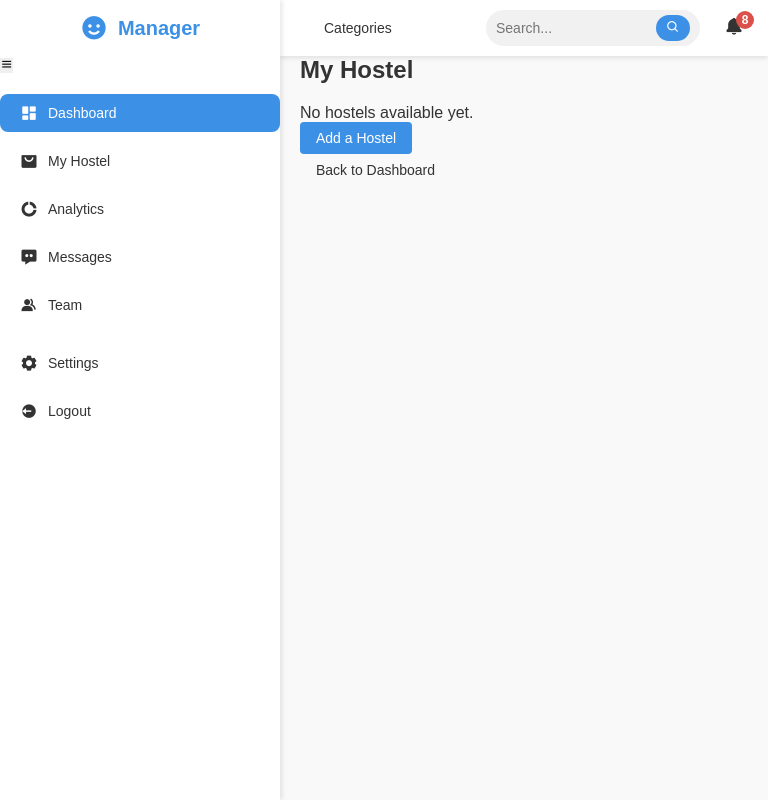
Repository: peter417waweru/hostelkona
Page: http://localhost/dashboard/my-hostels/
An editor plug-in stored every save of this project. The page is shown before and after the next save, followed by the edit.
The browser window is 768 px wide. The pictures show the whole page.
The page is served by the project's application, run on Django 5.2 (hostelkona/manage.py). A made-up administrator, testuser (Test User, test@example.com), is signed in. Other server files are loaded and not shown. Queries for data that is not in the repository find no rows.

Above is the page before, as saved 2025-01-28 15:49:36.

### hostelkona/kona/templates/dashboard/my_hostels.html
{% extends 'dashboard/dashbase.html' %}
{% block content %}
{% load static %}
<link rel="stylesheet" href="{% static 'styles/pages/hostels.css' %}">

<main class="bg-light">
    <div class="container py-5">
        <h2 class="text-center mb-4 text-dark">My Hostel</h2>

        <!-- Display Hostels -->
        {% if hostels.exists %}
            <div class="table-responsive">
                <table class="table table-striped table-bordered table-hover">
                    <thead class="table-dark">
                        <tr>
                            <th>Name</th>
                            <th>Address</th>
                            <th>Contact</th>
                            <th>Actions</th>
                        </tr>
                    </thead>
                    <tbody>
                        {% for hostel in hostels %}
                        <tr>
                            <td>{{ hostel.name }}</td>
                            <td>{{ hostel.address }}</td>
                            <td>{{ hostel.contact_no }}</td>
                            <td>
                                <div class="d-flex gap-2">
                                    <a href="{% url 'update_hostel' hostel.id %}" class="btn btn-sm btn-secondary">Edit</a>
                                    <form method="post" action="{% url 'delete_hostel' hostel.id %}" style="display:inline;">
                                        {% csrf_token %}
                                        <button type="submit" class="btn btn-sm btn-danger">Delete</button>
                                    </form>
                                    <a href="{% url 'add_room' hostel.id %}" class="btn btn-sm btn-primary">Add Room</a>
                                </div>
                            </td>
                        </tr>

                        <!-- Display Rooms -->
                        {% if hostel.rooms.exists %}
                            <tr>
                                <td colspan="4">
                                    <h6 class="fw-bold text-primary">Rooms in {{ hostel.name }}</h6>
                                    <table class="table table-sm table-bordered mb-3">
                                        <thead>
                                            <tr>
                                                <th>Room Number</th>
                                                <th>Type</th>
                                                <th>Price</th>
                                                <th>Availability</th>
                                                <th>Actions</th>
                                            </tr>
                                        </thead>
                                        <tbody>
                                            {% for room in hostel.rooms.all %}
                                            <tr>
                                                <td>{{ room.room_number }}</td>
                                                <td>{{ room.room_type }}</td>
                                                <td>${{ room.price }}</td>
                                                <td>
                                                    {% if room.is_available %}
                                                        <span class="badge bg-success">Available</span>
                                                    {% else %}
                                                        <span class="badge bg-danger">Occupied</span>
                                                    {% endif %}
                                                </td>
                                                <td>
                                                    <div class="d-flex gap-2">
                                                        <a href="{% url 'update_room' room.id %}" class="btn btn-sm btn-secondary">Edit</a>
                                                        <form method="post" action="{% url 'delete_room' room.id %}" style="display:inline;">
                                                            {% csrf_token %}
                                                            <button type="submit" class="btn btn-sm btn-danger">Delete</button>
                                                        </form>
                                                    </div>
                                                </td>
                                            </tr>
                                            {% endfor %}
                                        </tbody>
                                    </table>
                                </td>
                            </tr>
                        {% else %}
                            <tr>
                                <td colspan="4">
                                    <p class="text-muted text-center">No rooms available for this hostel.</p>
                                </td>
                            </tr>
                        {% endif %}
                        {% endfor %}
                    </tbody>
                </table>
            </div>
        {% else %}
            <div class="text-center">
                <p class="text-muted">No hostels available yet.</p>
                <a href="{% url 'add_hostel' %}" class="btn btn-primary">Add a Hostel</a>
            </div>
        {% endif %}

        <div class="text-center mt-4">
            <a href="{% url 'dashboard' %}" class="btn btn-outline-secondary">Back to Dashboard</a>
        </div>
    </div>

    <!-- Bootstrap JS -->
    <script src="https://cdn.jsdelivr.net/npm/bootstrap@5.3.0-alpha3/dist/js/bootstrap.bundle.min.js"></script>
{% endblock content %}
</main>

### hostelkona/kona/templates/dashboard/dashbase.html
<!DOCTYPE html>
<html lang="en">
<head>
	<meta charset="UTF-8">
	<meta name="viewport" content="width=device-width, initial-scale=1.0">

	<!-- Boxicons -->
	<link href='https://unpkg.com/boxicons@2.0.9/css/boxicons.min.css' rel='stylesheet'>
	<!-- My CSS -->
	{% load static %}
	<link rel="stylesheet" href="{% static 'styles/base.css' %}">
	<link rel="stylesheet" href="{% static 'styles/components/sidebar.css' %}">
	<link rel="stylesheet" href="{% static 'styles/components/navbar.css' %}">

	<title>Manager Dashboard</title>
</head>
<body>
    <!-- Layout Container -->
    <div class="dashboard-layout">
        <!-- Sidebar -->
        <section id="sidebar">
            <a href="#" class="brand">
                <i class='bx bxs-smile'></i>
                <span class="text">Manager</span>
            </a>
            <button id="sidebar-toggle" class="sidebar-toggle">
                <i class='bx bx-menu'></i>
            </button>
            <ul class="side-menu top">
                <li class="active">
                    <a href="{% url 'dashboard' %}">
                        <i class='bx bxs-dashboard'></i>
                        <span class="text">Dashboard</span>
                    </a>
                </li>
                <li>
                    <a href="{% url 'manager_hostels' %}">
                        <i class='bx bxs-shopping-bag-alt'></i>
                        <span class="text">My Hostel</span>
                    </a>
                </li>
                <li>
                    <a href="{% url 'analytics' %}">
                        <i class='bx bxs-doughnut-chart'></i>
                        <span class="text">Analytics</span>
                    </a>
                </li>
                <li>
                    <a href="#">
                        <i class='bx bxs-message-dots'></i>
                        <span class="text">Messages</span>
                    </a>
                </li>
                <li>
                    <a href="#">
                        <i class='bx bxs-group'></i>
                        <span class="text">Team</span>
                    </a>
                </li>
            </ul>
            <ul class="side-menu">
                <li>
                    <a href="{% url 'settings' %}">
                        <i class='bx bxs-cog'></i>
                        <span class="text">Settings</span>
                    </a>
                </li>
                <li>
                    <a href="{% url 'logout' %}" class="logout">
                        <i class='bx bxs-log-out-circle'></i>
                        <span class="text">Logout</span>
                    </a>
                </li>
            </ul>
        </section>

        <!-- Content -->
        <section id="content">
            <nav>
                <a href="#" class="nav-link">Categories</a>
                <form action="#">
                    <div class="form-input">
                        <input type="search" placeholder="Search...">
                        <button type="submit" class="search-btn"><i class='bx bx-search'></i></button>
                    </div>
                </form>
                <input type="checkbox" id="switch-mode" hidden>
                <label for="switch-mode" class="switch-mode"></label>
                <a href="#" class="notification">
                    <i class='bx bxs-bell'></i>
                    <span class="num">8</span>
                </a>
                <a href="{% url 'update_profile' %}" class="profile">
                    <strong>{{ request.user.username }}</strong>
                    <img src="{{ request.user.profile.profile_picture.url }}" alt="Profile Image">
                </a>
            </nav>
            {% block content %}
            {% endblock %}
        </section>
    </div>
    <script src="{% static 'js/dashboard.js' %}"></script>
</body>
</html>

### hostelkona/hostelkona/urls.py
"""
URL configuration for hostelkona project.

The `urlpatterns` list routes URLs to views. For more information please see:
    https://docs.djangoproject.com/en/5.1/topics/http/urls/
Examples:
Function views
    1. Add an import:  from my_app import views
    2. Add a URL to urlpatterns:  path('', views.home, name='home')
Class-based views
    1. Add an import:  from other_app.views import Home
    2. Add a URL to urlpatterns:  path('', Home.as_view(), name='home')
Including another URLconf
    1. Import the include() function: from django.urls import include, path
    2. Add a URL to urlpatterns:  path('blog/', include('blog.urls'))
"""
from django.contrib import admin
from django.urls import path, include

urlpatterns = [
    path('admin/', admin.site.urls),
    path('', include('kona.urls'))
]

### hostelkona/kona/urls.py
from django.urls import path
from django.conf import settings
from django.conf.urls.static import static
from . import views

urlpatterns = [
    path('', views.home_page, name='home_page'),
    path('register/', views.customer_register, name='register'),
    path('login/', views.login_view, name='login'),
    path('logout/', views.logout_view, name='logout'),
    path('profile/', views.profile_view, name='profile'),
    path('hostels/<int:hostel_id>/rooms/', views.hostel_rooms, name='hostel_rooms'),
    path('rooms/<int:room_id>/book/', views.book_room, name='book_room'),
    path('application-success/', views.application_success, name='application_success'),

    path('about-us/', views.about_us, name='about_us'),
    path('privacy-policy/', views.privacy_policy, name='privacy_policy'),
    path('terms-conditions/', views.terms_conditions, name='terms_conditions'),
    path('contact-us/', views.contact_us, name='contact_us'),
    path('cart/', views.view_cart, name='cart'),
    path('help/', views.help_page, name='help'),

    path('download-receipt/<str:receipt_id>/', views.download_receipt, name='download_receipt'),
    path('dashboard/download-pdf/', views.download_dashboard_pdf, name='download_dashboard_pdf'),
    path('dashboard/', views.dashboard, name='dashboard'),


    path('<int:hostel_id>/detail/', views.hostel_details, name='hostel_details'),
    path('dashboard/my-hostels/', views.manager_hostels, name='manager_hostels'),
    path('booking_success/', views.booking_success, name='booking_success'),

    path('dashboard/add-hostel/', views.add_hostel, name='add_hostel'),
    path('dashboard/update-hostel/<int:pk>/', views.update_hostel, name='update_hostel'),
    path('dashboard/delete-hostel/<int:hostel_id>/', views.delete_hostel, name='delete_hostel'),
    path('hostel/<int:hostel_id>/add-room/', views.add_room, name='add_room'),

    path('room/<int:id>/update/', views.update_room, name='update_room'),
    path('room/<int:id>/delete/', views.delete_room, name='delete_room'),
    path('update-profile/', views.update_profile, name='update_profile'),

    path('notifications/mark-read/', views.mark_notifications_read, name='mark_notifications_read'),
    path('dashboard/view_booking_requests/', views.view_booking_requests, name='view_booking_requests'),
    path('requests/<int:request_id>/', views.manage_booking_request, name='manage_booking_request'),

    path('settings/', views.settings_view, name='settings'),
    path('update_settings/', views.update_settings, name='update_settings'),

    path('analytics/', views.analytics_view, name='analytics'),
    path('api/occupancy-rate/', views.occupancy_rate, name='occupancy_rate'),
]


if settings.DEBUG:
    urlpatterns += static(settings.MEDIA_URL, document_root=settings.MEDIA_ROOT)

### hostelkona/kona/static/styles/base.css
/* BASE.CSS */

/* General Reset and Typography */
* {
    margin: 0;
    padding: 0;
    box-sizing: border-box;
}

html, body {
    font-family: 'Poppins', sans-serif;
    color: #333;
    background-color: #f9f9f9;
    overflow-x: hidden;
}

ul {
    list-style: none;
}

a {
    text-decoration: none;
    color: inherit;
    transition: color 0.3s;
}

a:hover {
    color: #3c91e6;
}

/* Utility Classes */
.container {
    max-width: 1200px;
    margin: 0 auto;
    padding: 0 20px;
}

button {
    border: none;
    outline: none;
    cursor: pointer;
    transition: background-color 0.3s ease, color 0.3s ease;
}

/* Buttons */
.btn {
    display: inline-block;
    padding: 8px 16px;
    border-radius: 4px;
    font-size: 14px;
    font-weight: 500;
}

.btn-primary {
    background-color: #3c91e6;
    color: #fff;
}

.btn-primary:hover {
    background-color: #0056b3;
}

.btn-danger {
    background-color: #db504a;
    color: #fff;
}

.btn-danger:hover {
    background-color: #b0342d;
}

### hostelkona/kona/static/styles/components/sidebar.css
/* SIDEBAR.CSS */

/* Sidebar Layout */
#sidebar {
    position: fixed;
    top: 0;
    left: 0;
    width: 280px;
    height: 100%;
    background: #fff;
    box-shadow: 2px 0 5px rgba(0, 0, 0, 0.1);
    z-index: 2000;
    transition: width 0.3s ease;
    overflow: hidden;
}

#sidebar.hide {
    width: 60px;
}

#sidebar .brand {
    display: flex;
    align-items: center;
    justify-content: center;
    height: 56px;
    font-size: 20px;
    font-weight: 600;
    color: #3c91e6;
}

#sidebar .brand .bx {
    font-size: 28px;
    margin-right: 10px;
}

#sidebar ul.side-menu {
    margin-top: 20px;
    padding: 0;
}

#sidebar ul.side-menu li {
    margin-bottom: 10px;
}

#sidebar ul.side-menu li a {
    display: flex;
    align-items: center;
    padding: 10px 20px;
    color: #333;
    font-size: 14px;
    font-weight: 500;
    border-radius: 8px;
    transition: background-color 0.3s ease;
}

#sidebar ul.side-menu li a .bx {
    font-size: 18px;
    margin-right: 10px;
}

#sidebar ul.side-menu li a:hover,
#sidebar ul.side-menu li.active a {
    background: #3c91e6;
    color: #fff;
}

#sidebar ul.side-menu li a:hover .bx,
#sidebar ul.side-menu li.active a .bx {
    color: #fff;
}

/* Navbar Layout Adjustments */
#content {
    position: relative;
    width: calc(100% - 280px); /* Sidebar width when expanded */
    margin-left: 280px;
    transition: margin-left 0.3s ease, width 0.3s ease;
}

#sidebar.hide ~ #content {
    width: calc(100% - 60px); /* Sidebar width when collapsed */
    margin-left: 60px;
}

### hostelkona/kona/static/styles/components/navbar.css
/* NAVBAR.CSS */

/* NAVBAR.CSS */

/* Sticky Navbar */
#content nav {
    position: sticky; /* Sticky positioning */
    top: 0; /* Stick to the top of the viewport */
    left: 0; /* Align with the sidebar */
    z-index: 1000; /* Ensure it's above other elements */
    display: flex;
    align-items: center;
    justify-content: space-between;
    height: 56px;
    padding: 0 24px;
    background: #fff; /* Ensure consistent background */
    box-shadow: 0 2px 5px rgba(0, 0, 0, 0.1); /* Subtle shadow for visibility */
}


/* Navbar Spacing and Alignment */
#content nav .nav-link {
    font-size: 14px;
    color: #333;
    margin-right: auto; /* Push to the left */
    margin-left: 20px;
}

#content nav .form-input {
    display: flex;
    align-items: center;
    gap: 10px; /* Space between input and button */
    background: #f1f1f1;
    border-radius: 20px;
    padding: 5px 10px;
}

#content nav .form-input input {
    border: none;
    outline: none;
    background: transparent;
    font-size: 14px;
    width: 250px; /* Fixed width for better layout */
}

#content nav .form-input button {
    background: #3c91e6;
    color: #fff;
    padding: 5px 10px;
    border-radius: 20px;
    font-size: 14px;
    cursor: pointer;
}

/* Notification Bell */
#content nav .notification {
    position: relative;
    font-size: 20px;
    color: #333;
    margin-left: 24px; /* Space from the search bar */
    cursor: pointer;
}

#content nav .notification .num {
    position: absolute;
    top: -5px;
    right: -10px;
    background: #db504a;
    color: #fff;
    width: 18px;
    height: 18px;
    font-size: 12px;
    font-weight: 600;
    border-radius: 50%;
    display: flex;
    align-items: center;
    justify-content: center;
}

/* Profile Section */
#content nav .profile {
    display: flex;
    align-items: center;
    margin-left: 24px; /* Space from the notification */
}

#content nav .profile strong {
    font-size: 14px;
    font-weight: 500;
    color: #333;
    margin-right: 10px;
}

#content nav .profile img {
    width: 36px;
    height: 36px;
    border-radius: 50%;
    object-fit: cover;
}

@media (max-width: 768px) {
    #content nav .form-input {
        flex-grow: 1; /* Take more space */
    }

    #content nav .form-input input {
        width: 150px; /* Smaller input for smaller screens */
    }

    #content nav .profile {
        display: none; /* Hide profile for smaller screens */
    }
}

### hostelkona/kona/static/styles/pages/hostels.css
body {
    font-family: 'Arial', sans-serif;
}

h2 {
    font-weight: bold;
    margin-bottom: 20px;
}

.table {
    border-radius: 10px;
    overflow: hidden;
}

.table th, .table td {
    vertical-align: middle;
}

.table th {
    background-color: #343a40;
    color: white;
}

.table td {
    background-color: #f8f9fa;
}

.table-hover tbody tr:hover {
    background-color: #e2e6ea;
}

.btn {
    transition: background-color 0.3s ease;
}

.btn:hover {
    opacity: 0.9;
}

.text-primary {
    font-weight: bold;
}

.badge {
    font-size: 0.9rem;
}

Loaded but not shown: hostelkona/kona/static/js/dashboard.js (76 lines, source omitted); hostelkona/kona/views.py (562 lines, source omitted)

After the next save:
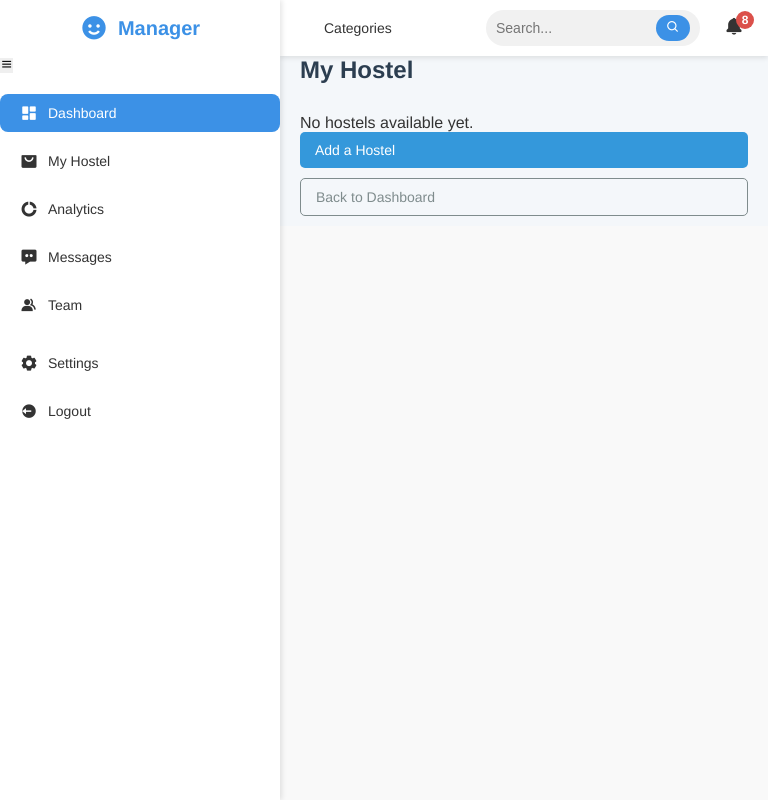
Saved 3 min 8 s later.
--- a/hostelkona/kona/static/styles/pages/hostels.css
+++ b/hostelkona/kona/static/styles/pages/hostels.css
@@ -1,46 +1,115 @@
+/* General Styles */
 body {
-    font-family: 'Arial', sans-serif;
+    font-family: 'Helvetica Neue', Arial, sans-serif;
+    background-color: #f4f7fa;
+    color: #333;
 }
 
 h2 {
-    font-weight: bold;
-    margin-bottom: 20px;
+    font-weight: 600;
+    margin-bottom: 30px;
+    color: #2c3e50;
 }
 
+/* Table Styles */
 .table {
-    border-radius: 10px;
+    border-radius: 8px;
     overflow: hidden;
+    box-shadow: 0 2px 10px rgba(0, 0, 0, 0.1);
 }
 
 .table th, .table td {
     vertical-align: middle;
+    padding: 15px;
 }
 
 .table th {
-    background-color: #343a40;
+    background-color: #2980b9;
+    color: white;
+    font-weight: bold;
+}
+
+.table td {
+    background-color: #ecf0f1;
+}
+
+.table-hover tbody tr:hover {
+    background-color: #d1e7dd;
+}
+
+/* Button Styles */
+.btn {
+    border-radius: 5px;
+    padding: 10px 15px;
+    font-size: 14px;
+    transition: background-color 0.3s, transform 0.2s;
+}
+
+.btn-primary {
+    background-color: #3498db;
+    border: none;
+}
+
+.btn-primary:hover {
+    background-color: #2980b9;
+    transform: translateY(-2px);
+}
+
+.btn-secondary {
+    background-color: #7f8c8d;
+    border: none;
+}
+
+.btn-secondary:hover {
+    background-color: #6c757d;
+    transform: translateY(-2px);
+}
+
+.btn-danger {
+    background-color: #e74c3c;
+    border: none;
+}
+
+.btn-danger:hover {
+    background-color: #c0392b;
+    transform: translateY(-2px);
+}
+
+.btn-outline-secondary {
+    border: 1px solid #7f8c8d;
+    color: #7f8c8d;
+}
+
+.btn-outline-secondary:hover {
+    background-color: #7f8c8d;
     color: white;
 }
 
-.table td {
-    background-color: #f8f9fa;
+/* Badge Styles */
+.badge {
+    font-size: 0.9rem;
+    padding: 5px 10px;
+    border-radius: 12px;
 }
 
-.table-hover tbody tr:hover {
-    background-color: #e2e6ea;
+.badge.bg-success {
+    background-color: #28a745;
+    color: white;
 }
 
-.btn {
-    transition: background-color 0.3s ease;
+.badge.bg-danger {
+    background-color: #dc3545;
+    color: white;
 }
 
-.btn:hover {
-    opacity: 0.9;
+/* Responsive Styles */
+@media (max-width: 768px) {
+    .table-responsive {
+        margin-bottom: 20px;
+    }
+
+    .btn {
+        width: 100%;
+        margin-bottom: 10px;
+    }
 }
-
-.text-primary {
-    font-weight: bold;
-}
-
-.badge {
-    font-size: 0.9rem;
-}
